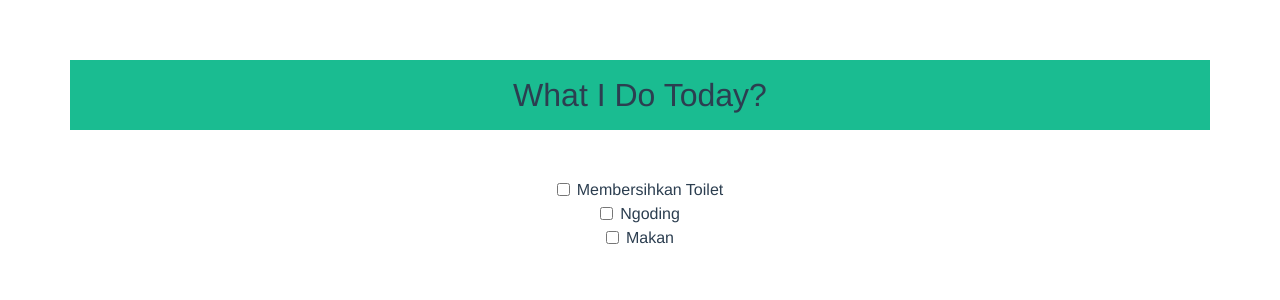
Repository: AdiPrimanto/praxis-academy
Page: / (app in novice/03-05/todolist/)
These files come from the project's save history. The page is drawn as it stood at one moment and after a run of saves; the edit follows.
The browser window is 1280 px wide. The pictures show the whole page.
The project was rebuilt for these pictures with package versions that can differ from the ones it lists, and the page was loaded fresh each time.

Above is the page before, as saved 2019-11-29 14:41:18.

### novice/03-05/todolist/src/App.vue
<template>
  <div id="app">
    <div class="container">
      <div class="row header mb-5 p-3">
        <div class="col-12">
          <h2>What I Do Today? </h2>
        </div>
      </div>
      <div class="row content">
        <div class="col-12">
          <div class="pekerjaan-rumah">
            <div v-for="tugasSaya in tugas" v-bind:key="tugasSaya.id" class="tugas">
              <div class="form-check">
                <input class="form-check-input" type="checkbox" value="" id="defaultCheck1">
                <label class="form-check-label" for="defaultCheck1">
                  {{tugasSaya.nama}}
                </label>
              </div>
            </div>
          </div>
        </div>
      </div>
    </div>


  </div>
</template>

<script>
  import 'bootstrap/dist/css/bootstrap.css'

  export default {
    name: 'app',
    //membuat data json
    //v-for dilakukan jk memiliki array di dalam data:
    data: function () {
      return {
        tugas: [{
            id: 1,
            nama: 'Membersihkan Toilet',
            isDone: false
          },
          {
            id: 2,
            nama: 'Ngoding',
            isDone: false
          },
          {
            id: 3,
            nama: 'Makan',
            isDone: false
          }
        ]
      };
    },
    components: {

    }
  }
</script>

<style>
  #app {
    font-family: 'Avenir', Helvetica, Arial, sans-serif;
    -webkit-font-smoothing: antialiased;
    -moz-osx-font-smoothing: grayscale;
    text-align: center;
    color: #2c3e50;
    margin-top: 60px;
  }

  .header {
    background: #1abc91;
  }

  .header h2 {
    margin: 0;
  }
</style>

Loaded but not shown: novice/03-05/todolist/public/index.html (common file); novice/03-05/todolist/src/main.js (common file)

After the next 5 saves:
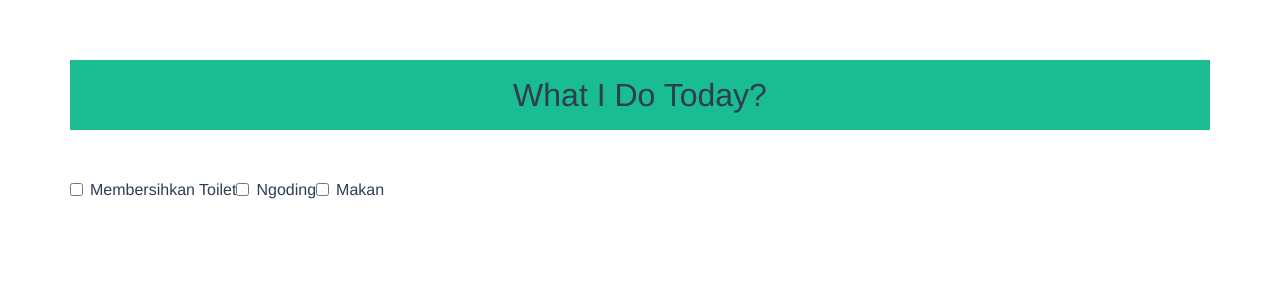
The 5 saves are shown as one change because they came seconds apart.
The last was saved 2 min 5 s later.
--- a/novice/03-05/todolist/src/App.vue
+++ b/novice/03-05/todolist/src/App.vue
@@ -9,12 +9,14 @@
       <div class="row content">
         <div class="col-12">
           <div class="pekerjaan-rumah">
-            <div v-for="tugasSaya in tugas" v-bind:key="tugasSaya.id" class="tugas">
-              <div class="form-check">
-                <input class="form-check-input" type="checkbox" value="" id="defaultCheck1">
-                <label class="form-check-label" for="defaultCheck1">
-                  {{tugasSaya.nama}}
-                </label>
+            <div class="row">
+              <div v-for="tugasSaya in tugas" v-bind:key="tugasSaya.id" class="tugas">
+                <div class="form-check">
+                  <input class="form-check-input" type="checkbox" value="" id="defaultCheck1">
+                  <label class="form-check-label" for="defaultCheck1">
+                    {{tugasSaya.nama}}
+                  </label>
+                </div>
               </div>
             </div>
           </div>

After the save that followed:
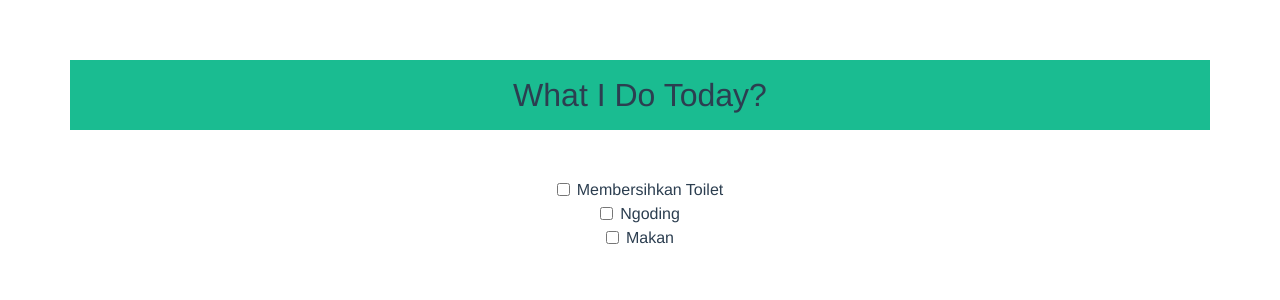
Saved 33 s later.
--- a/novice/03-05/todolist/src/App.vue
+++ b/novice/03-05/todolist/src/App.vue
@@ -10,7 +10,7 @@
         <div class="col-12">
           <div class="pekerjaan-rumah">
             <div class="row">
-              <div v-for="tugasSaya in tugas" v-bind:key="tugasSaya.id" class="tugas">
+              <div v-for="tugasSaya in tugas" v-bind:key="tugasSaya.id" class="tugas col-lg-12">
                 <div class="form-check">
                   <input class="form-check-input" type="checkbox" value="" id="defaultCheck1">
                   <label class="form-check-label" for="defaultCheck1">
